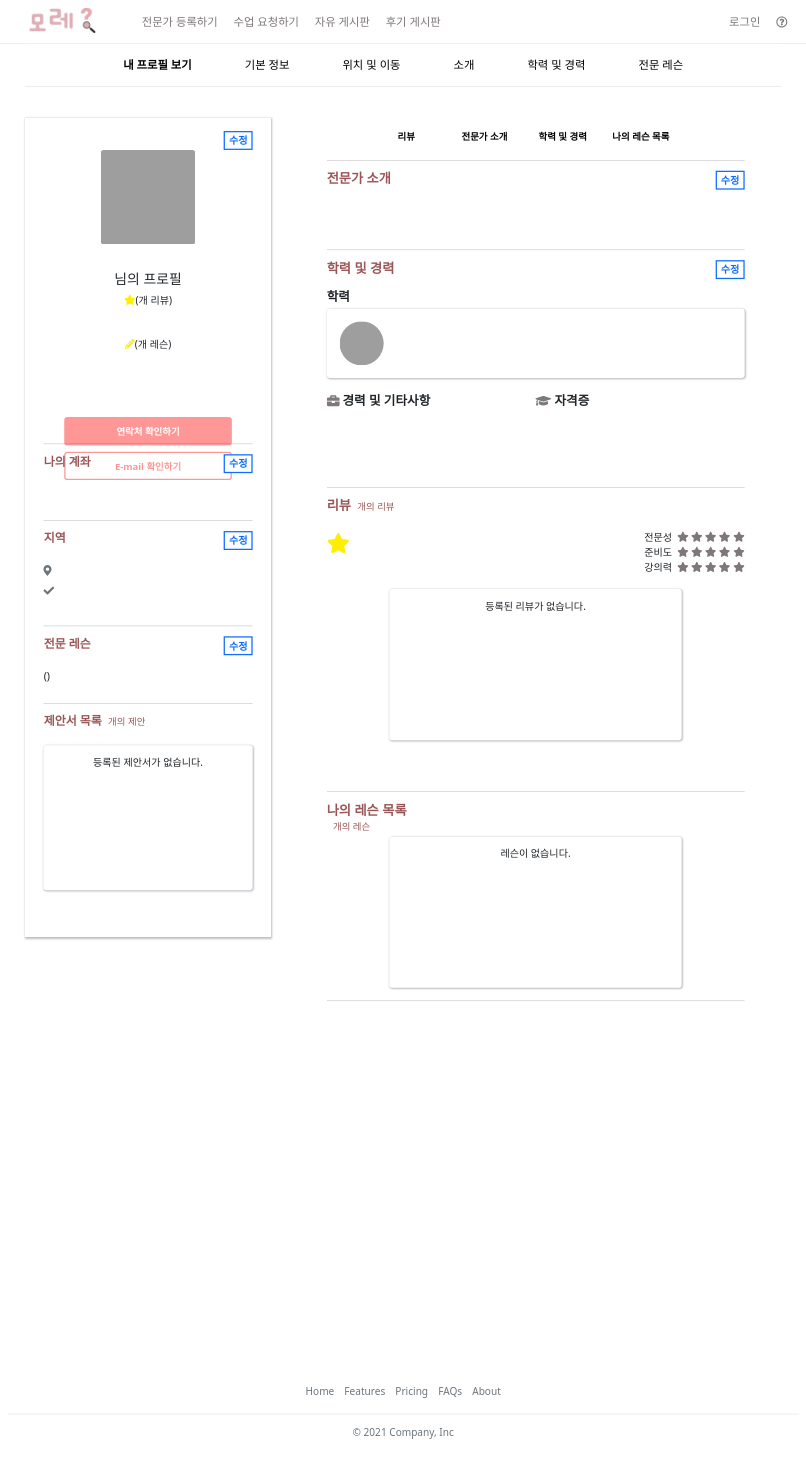
Repository: isssson/MVC2_more
Page: http://localhost/more/WEB-INF/views/expert/expertProfile.jsp
An editor plug-in stored every save of this project. The page is shown before and after the next save, followed by the edit.
The browser window is 1280 px wide. The pictures show the whole page, at 63% of full size.
Pictures or frames that could not be fetched are drawn as grey boxes. Some web libraries are served in a nearby version. The page is served by Tomcat 9. Nobody is signed in. Other server files are loaded and not shown. The template is opened directly, without the code that normally fills it, so the values that code supplies are empty.

Above is the page before, as saved 2021-12-07 08:46:49.
Console error: ReferenceError: kakao is not defined

### more/src/main/webapp/resources/css/expert/expertProfile.css
@charset "UTF-8";

ul {
	list-style: none;
}

hr {
	box-shadow: 1px #bdbfc4;
}

h3 {
	color: #9a5656;
	font-weight: 900;
}

a:link {
	color: black;
	text-decoration: none;
}

a:visit {
	color: black;
	text-decoration: none;
}

h5 {
	font-weight: bold;
}
button{
	color: #0d6efd;
    background-color: white;
    border: 2px solid #0d6efd;
    border-radius: 20px;
    font-weight: bold;
}

#expertNav {
	width: 1200px;
	margin: 0 auto;
	padding-top: 20px;
	padding-bottom: 20px;
	text-align: center;
	background-color: #fff;
	border-bottom: 1px solid #e2e2e2;
}

#expertNav span {
	font-size: 18px;
	padding-right: 40px;
	padding-left: 40px;
}

.expertMain {
	width: 1200px;
	height: 2000px;
	margin: 10px auto;
	display: flex;
}
/* ----------   ---------------leftMenu */
.expertMain .leftMain {
	width: 400px;
	height: 1300px;
	margin-right: 30px;
	margin-top: 40px;
	box-shadow: 1px 1px 3px 1px #bdbfc4;
}

.leftMain .leftMenu {
	width: 85%;
	height: 90%;
	margin: 20px auto;
}

.modify {
	width: 100%;
	height: 30px;
	text-align: right;
}

.profile {
	width: 100%;
	height: 450px;
	text-align: center;
}

.profile img {
	width: 150px;
	height: 150px;
	border-radius: 5px;
	object-fit: cover;
}

.profile div {
	margin-bottom: 20px;
}

.profile h4 {
	font-size: 22px;
	margin-bottom: 10px;
	margin-top: 40px;
}

.profile .name {
	height: 50px;
}

.profile .name svg {
	color: rgb(255, 238, 0);
}

#telBt {
	width: 80%;
	height: 45px;
	font-size: 15px;
	font-weight:bold;
	text-align: center;
	margin: 10px auto;
	padding-top: 10px;
	border-radius: 5px;
	color: white;
	border: 2px solid #ff9797;
	background-color: #ff9797;
	cursor: pointer;
}

#emailBt {
	width: 80%;
	height: 45px;
	font-size: 15px;
	font-weight:bold;
	text-align: center;
	margin: 0 auto;
	padding-top: 10px;
	border-radius: 5px;
	color: #ff9797;
	border: 2px solid #ff9797;
	background-color: white;
	cursor: pointer;
}
/* #requestBt{
	width: 80%;
	height: 70px;
	font-size: 23px;
	font-weight:bold;
	text-align: center;
	margin: 0 auto;
	padding: 20px;
    background-color: #0d6efd;
	border-radius: 5px;
	cursor: pointer;
}
#requestBt a{
	color:white;
} */
.profileContainer {
	width: 100%;
	height: 110px;
}
.profileItem {
	width: 100%;
	height: 25px;
	margin-top: 15px;
	margin-bottom: 25px;
	display: flex;
	justify-content: space-between;
}

.profileContainer h3 {
	width: 190px;
	height: 35px;
	font-size: 19px;
	font-weight: bold;
	margin-top: 0px;
}

.location {
	width: 100%;
	height: 70px;
}

.location div {
	font-size: 17px;
}

.suggestContent{
	width: 100%;
    height: 230px;
    margin: 20px auto;
    border-radius: 5px;
    box-shadow: 1px 1px 3px 1px #bdbfc4;
    position:relative;
}
/* -------------------------rightMenu */
.expertMain .rightMain {
	width: 800px;
	height: 2000px;
}

.rightMain .rightMenu {
	width: 85%;
	height: 90%;
	margin: 40px auto;
}

.rightMain h3 {
	width: 130px;
	height: 35px;
	font-size: 21px;
	font-weight: bold;
	margin-top: 0px;
}

.rightMenu .compleContainer1 {
	width: 100%;
	height: 300px;
	border-radius: 5px;
	box-shadow: 1px 1px 3px 1px #bdbfc4;
}

.compleItems {
	padding: 20px;
}

.compleItem {
	width: 100%;
	height: 70px;
	display: flex;
	justify-content: space-between;
}

.compleItem button, .compleItem2 button {
	width: 80px;
	height: 35px;
	margin-top: 13px;
}

.compleItems div {
	margin-top: 20px;
	text-align: center;
}

.rightMenu .compleContainer2 {
	width: 100%;
	height: 100px;
	margin-top: 40px;
	border-radius: 5px;
	box-shadow: 1px 1px 3px 1px #bdbfc4;
}

.compleItems2 {
	padding: 20px;
}

.compleItem2 {
	width: 100%;
	height: 50px;
	display: flex;
	justify-content: space-between;
}
/* -------------------right 아래 */
.rightContainer {
	width: 100%;
	height: 60%;
	margin-top: 40px;
}

.rightContainer .rightMenubar {
	width: 80%;
	height: 50px;
	margin: 0px auto;
}

.rightMenubar span {
	display: inline-block;
	width: 120px;
	text-align: center;
	line-height: 58px;
	font-size: 15px;
	font-weight: bold;
}

.reviewContainer {
	width: 100%;
}
.reviewContainer1 {
	width: 100%;
	height: 450px;
}

.reviewItem {
	width: 100%;
	height: 30px;
	margin-top: 15px;
	margin-bottom: 15px;
	display: flex;
	justify-content: space-between;
}

.reviewContent1 {
	margin-top: 20px;
	display: flex;
	justify-content: space-between;
}

.reviewContent1 .leftStar {
	width: 33.3%;
	height: 70px;
}

.reviewContent1 .leftStar svg {
	color: rgb(255, 238, 0);
}

.reviewContent1 .rightStar {
	width: 66.6%;
	height: 70px;
	text-align: right;
	display: flex;
	flex-direction: column;
	align-items: flex-end;
}

.rightStar ul {
	margin-top: 0;
	margin-bottom: 0;
}

.rightStar li {
	float: left;
	padding-left: 8px;
}

.reviewContent2 {
	width: 70%;
	height: 240px;
	margin: 20px auto;
	border-radius: 5px;
	box-shadow: 1px 1px 3px 1px #bdbfc4;
	position:relative;
}

.reviewList {
	margin-top: 25px;
	padding: 15px;
	text-align: center;
}
table{
	width:100%;
	margin: 0 auto;
	border-collapse: separate;
    border-spacing: 0 5px;
}
th{
	font-size:19px;
	width:80px;
}
tr{
	border-bottom:1px solid #bdbfc4;
}
td{
	cursor: pointer;
}
.specContainer {
	width: 100%;

}

.specContainer h4 {
	margin-bottom: 8px;
}

.careerItems{
	display:flex;
	justify-content:space-between;
}
.careerItem{
	width:50%;
}
.rightMenu .compleContainer3 {
	width: 100%;
	margin-top: 0;
	height: 110px;
	border-radius: 5px;
	box-shadow: 1px 1px 3px 1px #bdbfc4;
}

.specContainer img, #modal_profile img {
	width: 70px;
	height: 70px;
	float: left;
	margin-right:10px;
	border-radius: 100%;
	object-fit: cover;
}

.univUl {
	margin-top: 5px;
	padding-left: 90px;
}

.ul {
	margin-top: 7px;
	padding-left: 0;
}

.univUl :nth-child(1), .ul :nth-child(1) {
	font-weight: bold;
}

.spec {
	margin-top: 25px;
	margin-bottom: 60px;
	display: flex;
	justify-content: space-between;
}
.page{
	 text-align:center;
	 position: absolute;
	 left: 45%;
	 bottom: 10px;
}
/*-------------------------------------modal*/
#modal_tel, #modal_email {
	position: fixed;
	top: 0;
	left: 0;
	width: 100%;
	height: 100%;
	display: none;
	background-color: rgba(0, 0, 0, 0.4);
	cursor: pointer;
}

.modal_body {
	position: absolute;
	top: 50%;
	left: 50%;
	width: 400px;
	height: 200px;
	text-align: center;
	background-color: rgb(255, 255, 255);
	border-radius: 10px;
	box-shadow: 0 2px 3px 0 rgba(34, 36, 38, 0.15);
	transform: translateX(-50%) translateY(-50%);
	cursor:default;
}

.modal_body .modal_title{
	width: 100%;
    height: 45px;
    font-size: 17px;
    font-weight: bold;
    color:#9a5656;
    padding: 10px;
    border-bottom: 1px solid rgba(34, 36, 38, 0.15);
}
.modal_body .modal_content{
	width: 100%;
    height: 80%;
    font-size: 21px;
    padding: 50px;
    letter-spacing: 8px;
    font-weight: bold;
}
/*-------------------------------------modal*/
.modalContainer{
	position: fixed;
	background: rgba(0,0,0,0.8);
	left:0; right:0; top:0; bottom:0;
	display:flex;
	justify-content: center;
	align-items: center;
}
.modali{
	width:400px;
	height:680px;
	background-color: white;
    border-radius: 10px;
    position: relative;
}
.reviewDel{
	position: absolute;
	left:75%;
	top:12%;
}
.reviewDel span{
	border:1px solid gray;
	padding:5px;
	border-radius: 5px;
}
.modali .cate{
    width:50%;
    margin: 20px auto;
    border-radius: 10px;
    color: white;
    background-color: #ff9797;
    font-size: 15px;
    padding: 10px;
    text-align: center;
}
.modali .content{
    margin-bottom: 40px;
    margin-top: 40px;
    padding-left: 30px;
    padding-right: 30px;
    height: 320px;
}
.modali .star{
    text-align: center;
}
.modali .studentName{
    padding: 5px;
    font-weight:bold;
    text-align:center;
}
.modali .revBt{
    width: 90%;
    height: 50px;
    margin: 15px auto;
    text-align: center;
    border-radius: 10px;
    font-size: 18px;
    font-weight:bold;
    line-height: 50px;
    color: white;
    background-color: #ff9797;
}
.modali .revBt:hover{
	color:#ff9797;
	background-color: white;
}

Loaded but not shown: more/src/main/webapp/resources/css/bootstrap.min.css (library); more/src/main/webapp/WEB-INF/views/header.jsp (106 lines, source omitted); more/src/main/webapp/resources/css/header.css (84 lines, source omitted); more/src/main/webapp/WEB-INF/views/footer.jsp (17 lines, source omitted); more/src/main/webapp/resources/css/footer.css (4 lines, source omitted); more/src/main/webapp/WEB-INF/views/expert/expertProfile.jsp (664 lines, source omitted)

After the next save:
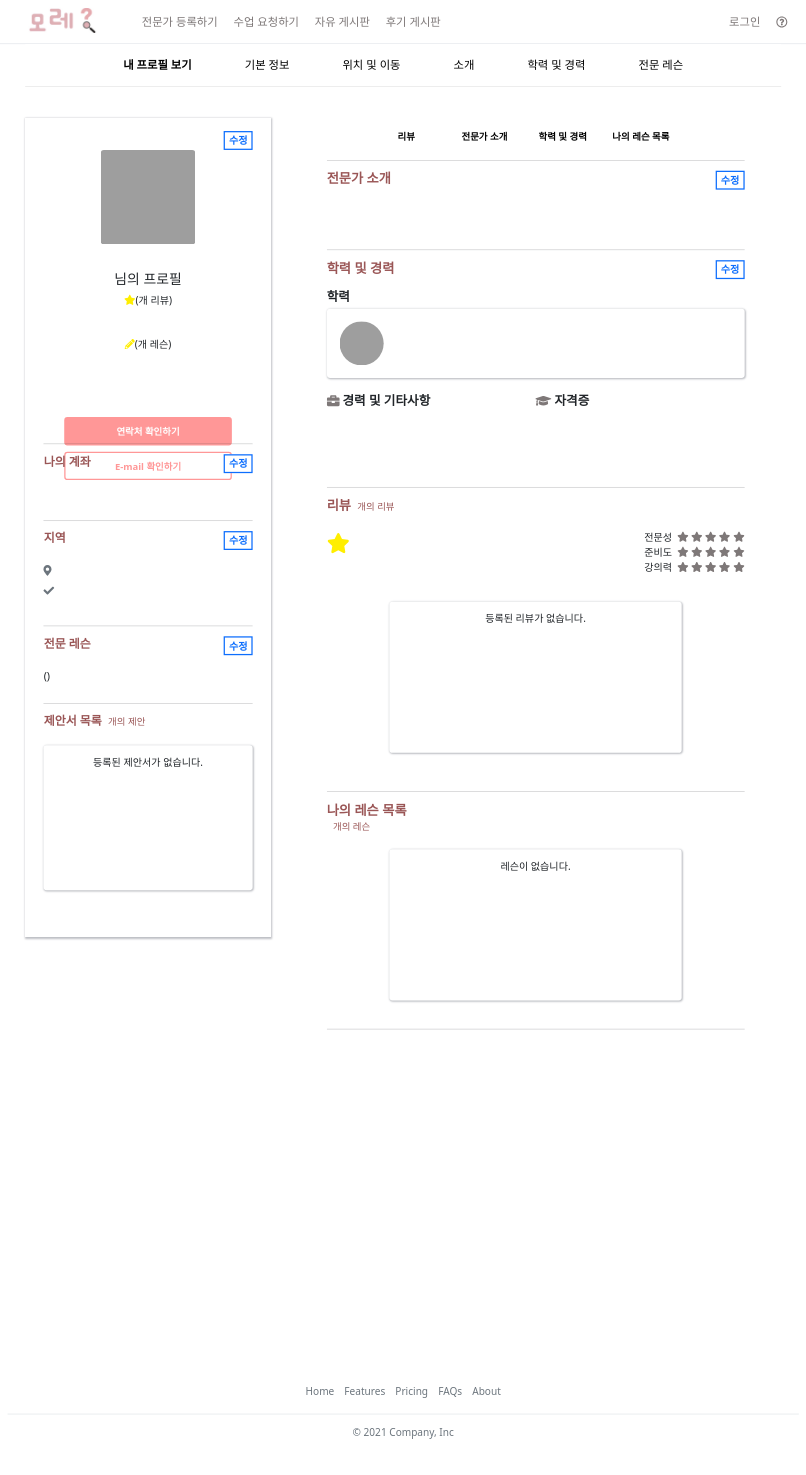
Saved 77 s later.
--- a/more/src/main/webapp/resources/css/expert/expertProfile.css
+++ b/more/src/main/webapp/resources/css/expert/expertProfile.css
@@ -333,7 +333,7 @@ button{
 .reviewContent2 {
 	width: 70%;
 	height: 240px;
-	margin: 20px auto;
+	margin: 45px auto;
 	border-radius: 5px;
 	box-shadow: 1px 1px 3px 1px #bdbfc4;
 	position:relative;
